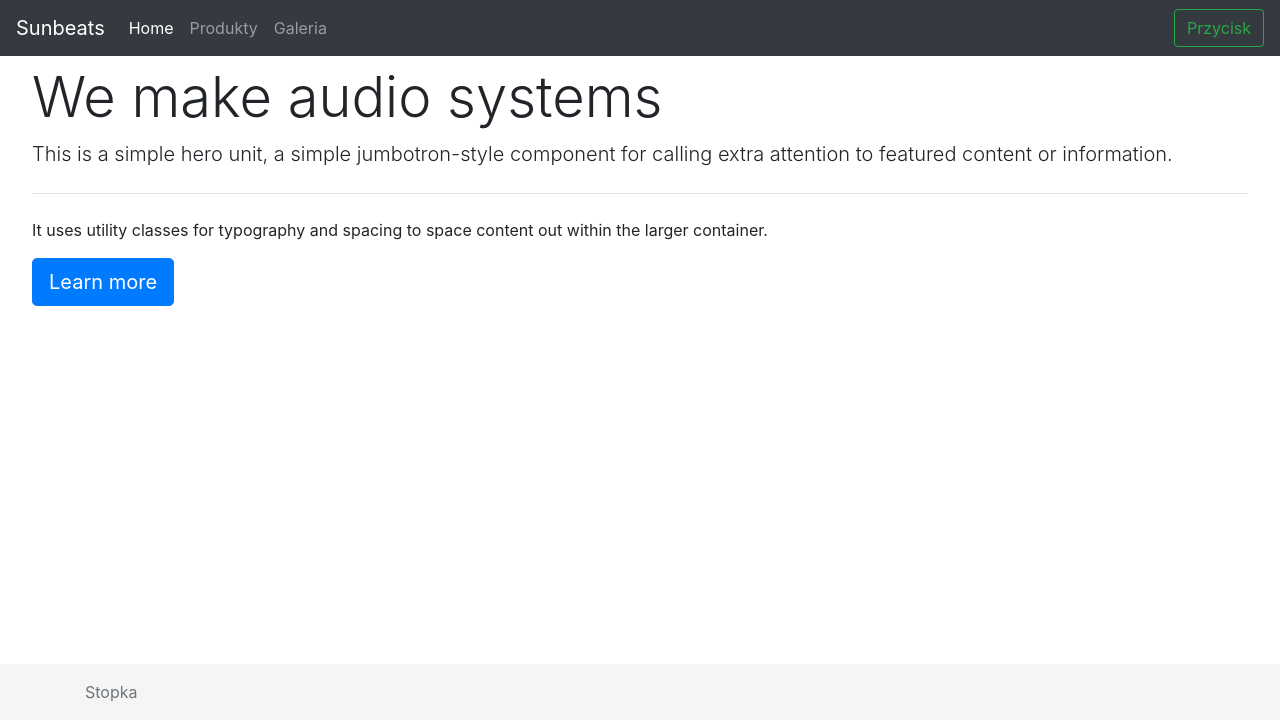
Repository: Audio-site/sunbeats
Page: index.html
The author's editor kept a copy of each file at every save. The page is drawn from the files as they stood at one save, then again after the next save.
The browser window is 1280 px wide. The pictures show the whole page.

Above is the page before, as saved 2020-08-25 00:22:13.

### index.html
<!doctype html>
<html lang="en" class="h-100">
  <head>
    <meta charset="utf-8">
    <meta name="viewport" content="width=device-width, initial-scale=1, shrink-to-fit=no">
    <meta name="description" content="">
    <meta name="author" content="Mark Otto, Jacob Thornton, and Bootstrap contributors">
    <meta name="generator" content="Jekyll v4.1.1">
    <title>Sunbeats</title>

    <link rel="canonical" href="https://getbootstrap.com/docs/4.5/examples/sticky-footer-navbar/">

    <!-- Bootstrap core CSS -->
<link href="../assets/dist/css/bootstrap.min.css" rel="stylesheet">

    <style>
      .bd-placeholder-img {
        font-size: 1.125rem;
        text-anchor: middle;
        -webkit-user-select: none;
        -moz-user-select: none;
        -ms-user-select: none;
        user-select: none;
      }

      @media (min-width: 768px) {
        .bd-placeholder-img-lg {
          font-size: 3.5rem;
        }
      }

    </style>
    <!-- Custom styles for this template -->
    <link href="../assets/css/sticky-footer-navbar.css" rel="stylesheet">
  </head>
  <body class="d-flex flex-column h-100">
    <header>
  <!-- Fixed navbar -->
  <nav class="navbar navbar-expand-md navbar-dark fixed-top bg-dark">
    <a class="navbar-brand" href="#">Sunbeats</a>
    <button class="navbar-toggler" type="button" data-toggle="collapse" data-target="#navbarCollapse" aria-controls="navbarCollapse" aria-expanded="false" aria-label="Toggle navigation">
      <span class="navbar-toggler-icon"></span>
    </button>
    <div class="collapse navbar-collapse" id="navbarCollapse">
      <ul class="navbar-nav mr-auto">
        <li class="nav-item active">
          <a class="nav-link" href="../index.html">Home <span class="sr-only">(current)</span></a>
        </li>
        <li class="nav-item">
          <a class="nav-link" href="../products.html">Produkty</a>
        </li>
        <li class="nav-item">
          <a class="nav-link" href="#">Galeria</a>
        </li>
      </ul>
        <button class="btn btn-outline-success my-2 my-sm-0" type="submit">Przycisk</button>
    </div>
  </nav>
</header>

<!-- Begin page content -->

<div class="jumbotron bg-white">
  <h1 class="display-4">We make audio systems</h1>
  <p class="lead">This is a simple hero unit, a simple jumbotron-style component for calling extra attention to featured content or information.</p>
  <hr class="my-4">
  <p>It uses utility classes for typography and spacing to space content out within the larger container.</p>
  <a class="btn btn-primary btn-lg" href="#" role="button">Learn more</a>
</div>

<footer class="footer mt-auto py-3">
  <div class="container">
    <span class="text-muted">Stopka</span>
  </div>
</footer>
<script src="https://code.jquery.com/jquery-3.5.1.slim.min.js" integrity="sha384-DfXdz2htPH0lsSSs5nCTpuj/zy4C+OGpamoFVy38MVBnE+IbbVYUew+OrCXaRkfj" crossorigin="anonymous"></script>
      <script>window.jQuery || document.write('<script src="../assets/js/vendor/jquery.slim.min.js"><\/script>')</script><script src="../assets/dist/js/bootstrap.bundle.min.js"></script>
</html>

Loaded but not shown: assets/dist/css/bootstrap.min.css (library); assets/css/sticky-footer-navbar.css (common file); assets/dist/js/bootstrap.bundle.min.js (library)

After the next save:
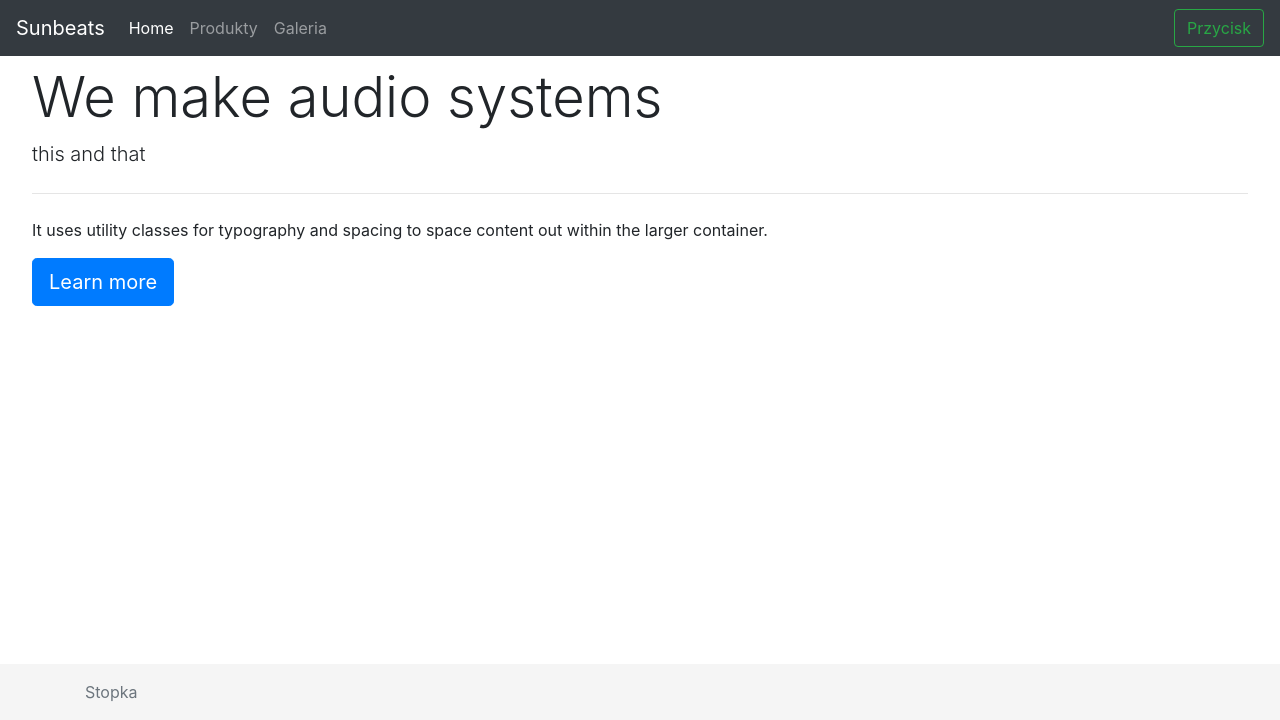
Saved 14 s later.
--- a/index.html
+++ b/index.html
@@ -62,7 +62,7 @@
 
 <div class="jumbotron bg-white">
   <h1 class="display-4">We make audio systems</h1>
-  <p class="lead">This is a simple hero unit, a simple jumbotron-style component for calling extra attention to featured content or information.</p>
+  <p class="lead">this and that</p>
   <hr class="my-4">
   <p>It uses utility classes for typography and spacing to space content out within the larger container.</p>
   <a class="btn btn-primary btn-lg" href="#" role="button">Learn more</a>
